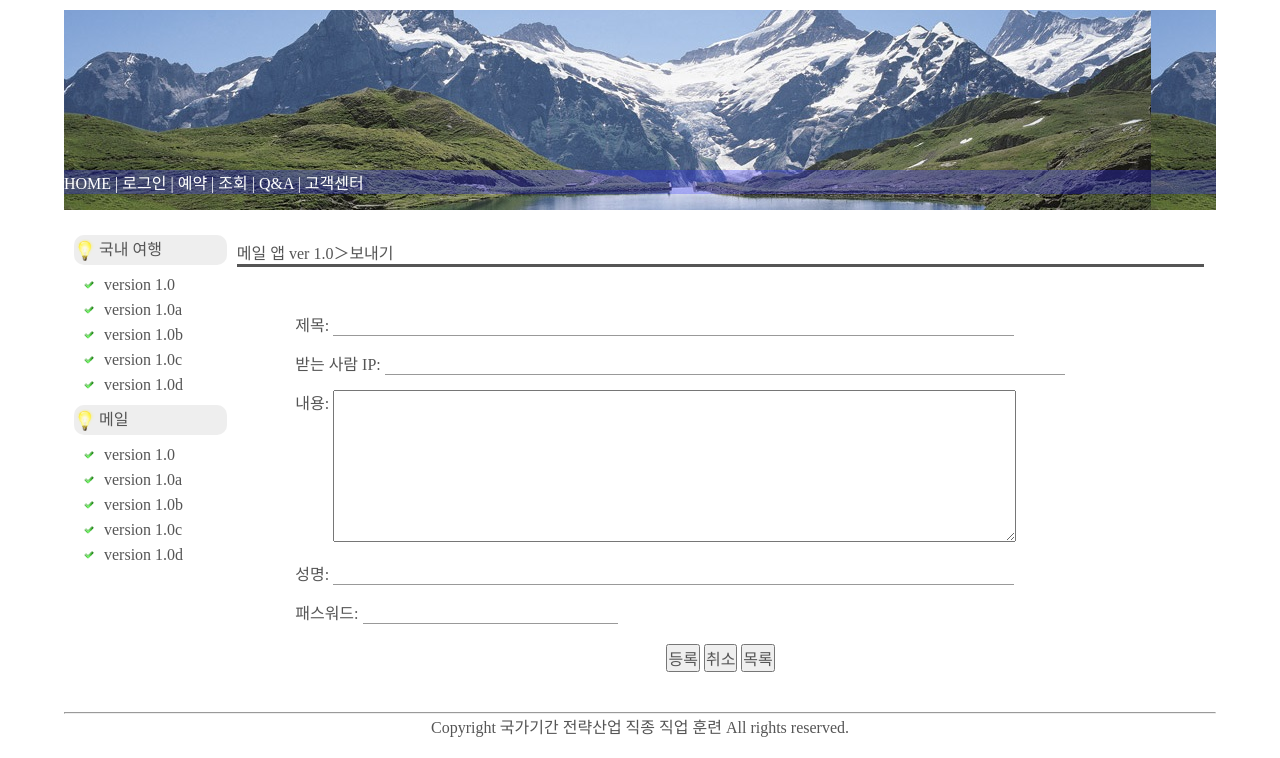
Repository: jangky000/ai_web
Page: http://localhost/blog_v2jc/mail_app/create_form.jsp
An editor plug-in stored every save of this project. The page is shown before and after the next save, followed by the edit.
The browser window is 1280 px wide. The pictures show the whole page.
The page is served by Tomcat 9.

Above is the page before, as saved 2020-03-27 06:38:28.

After the next save:
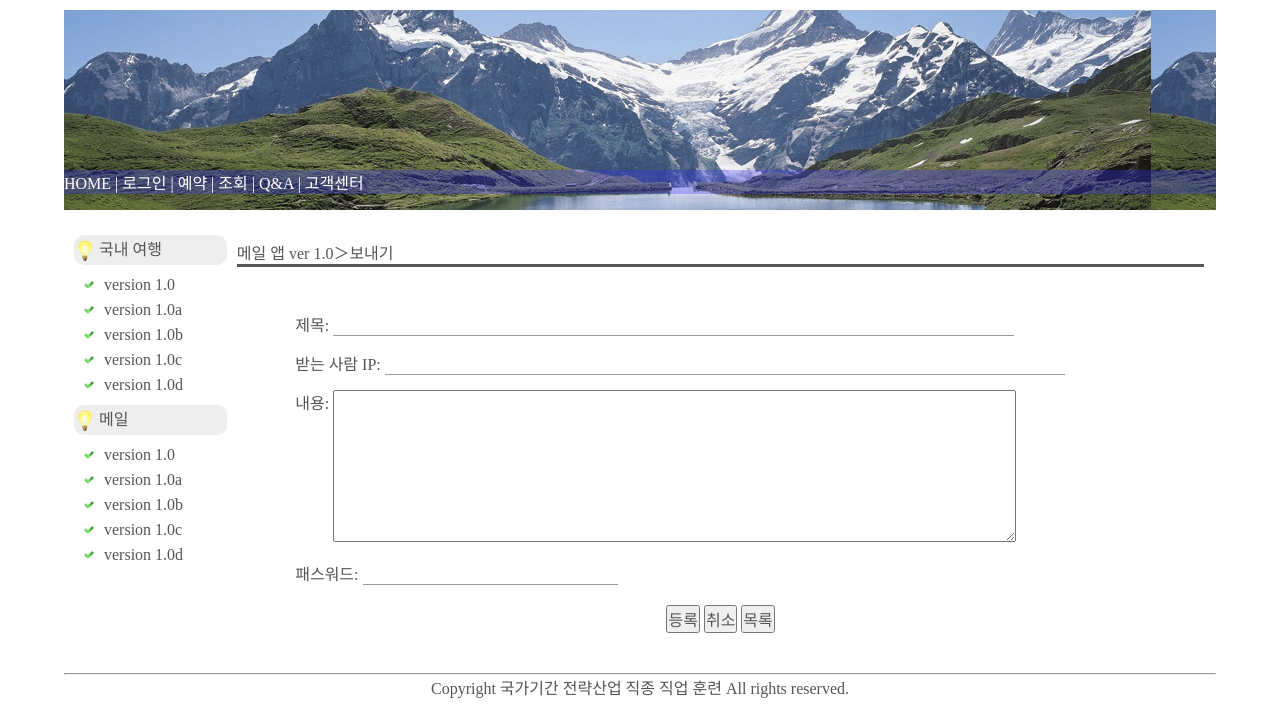
Saved 9 s later.
--- a/ws__frame/blog_v2jc/WebContent/mail_app/create_form.jsp
+++ b/ws__frame/blog_v2jc/WebContent/mail_app/create_form.jsp
@@ -32,10 +32,6 @@ String root = request.getContextPath();
           <textarea name="content" style="width: 80%; height: 150px;"></textarea>
         </li>
         <li class="li_none">
-          <label>성명: </label>
-          <input class="input_basic" type="text" name="rname" style="width: 80%;">
-        </li>
-        <li class="li_none">
           <label>패스워드: </label>
           <input class="input_basic" type="password" name="passwd" style="width: 30%;">
         </li>
